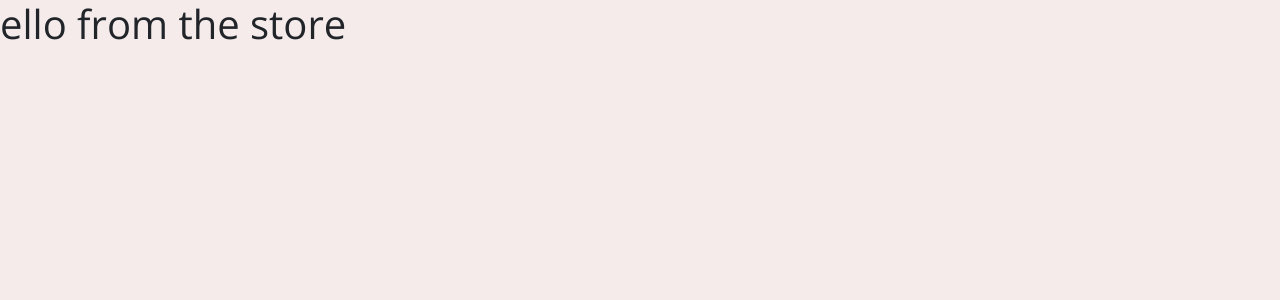
Repository: CaptainStorm21/react16-techstore
Page: /
The author's editor kept a copy of each file at every save. The page is drawn from the files as they stood at one save, then again after the next save.
The browser window is 1280 px wide. The pictures show the whole page.
Some web fonts or font styles are not loaded; a fallback is used. The project was rebuilt for these pictures with package versions that can differ from the ones it lists, and the page was loaded fresh each time.

Above is the page before, as saved 2020-05-06 22:00:25.

After the next save:
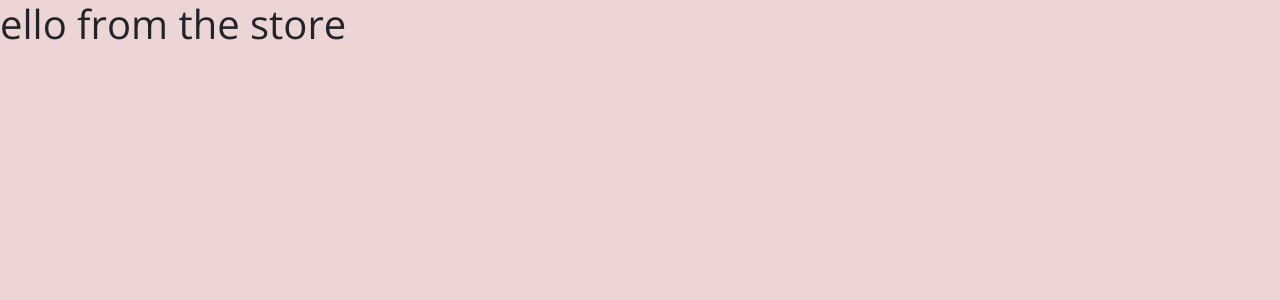
Saved 4 s later.
--- a/src/App.css
+++ b/src/App.css
@@ -10,7 +10,7 @@
 :root{
   --primaryColor:  #0a74bb;
   --primaryRGBA: rgba(0,0,0,0.3);
-  --mainGrey: #f5ebeb !important;
+  --mainGrey: #eed5d5 !important;
   --darkGrey: #1A1110;
   --mainWhite: #fff;
   --mainBlack: #222;
